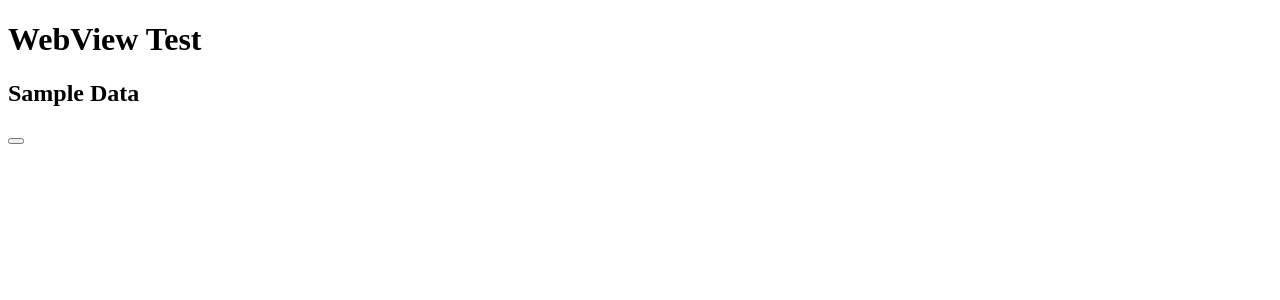
Repository: nicesick/TIL_In_Academy
Page: Android_Archive/WebView/web/index.html
The author's editor kept a copy of each file at every save. The page is drawn from the files as they stood at one save, then again after the next save.
The browser window is 1280 px wide. The pictures show the whole page.

Above is the page before, as saved 2019-09-03 01:08:03.

### Android_Archive/WebView/web/index.html
<!DOCTYPE html>
<html>
<head>
<meta charset="UTF-8">
<title>Insert title here</title>

<script>
	function s(data) {
		var id = document.getElementById("id02");
		id.innerHTML = 'Web View Event'+data;
	}
</script>
</head>
<body>
	<h1>WebView Test</h1>
	<h2 id="id02">Sample Data</h2>
	<button onclick="window.js.webclick('something')"></button>
</body>
</html>

After the next save:
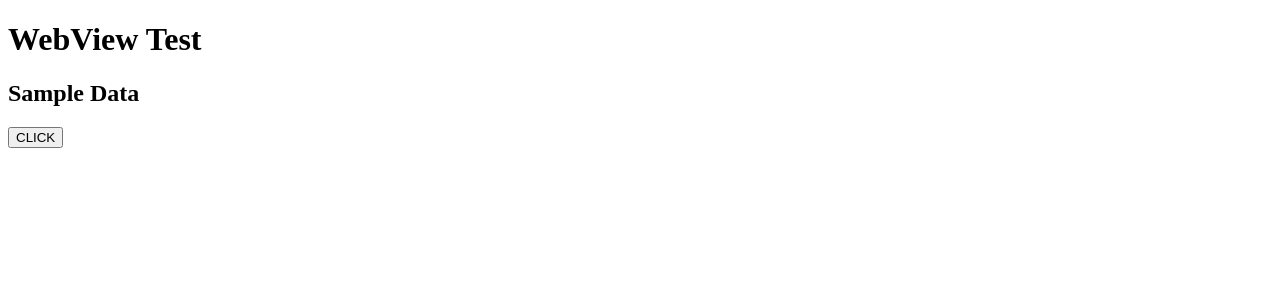
Saved 100 s later.
--- a/Android_Archive/WebView/web/index.html
+++ b/Android_Archive/WebView/web/index.html
@@ -14,6 +14,6 @@
 <body>
 	<h1>WebView Test</h1>
 	<h2 id="id02">Sample Data</h2>
-	<button onclick="window.js.webclick('something')"></button>
+	<button onclick="window.js.webclick('something')">CLICK</button>
 </body>
 </html>
